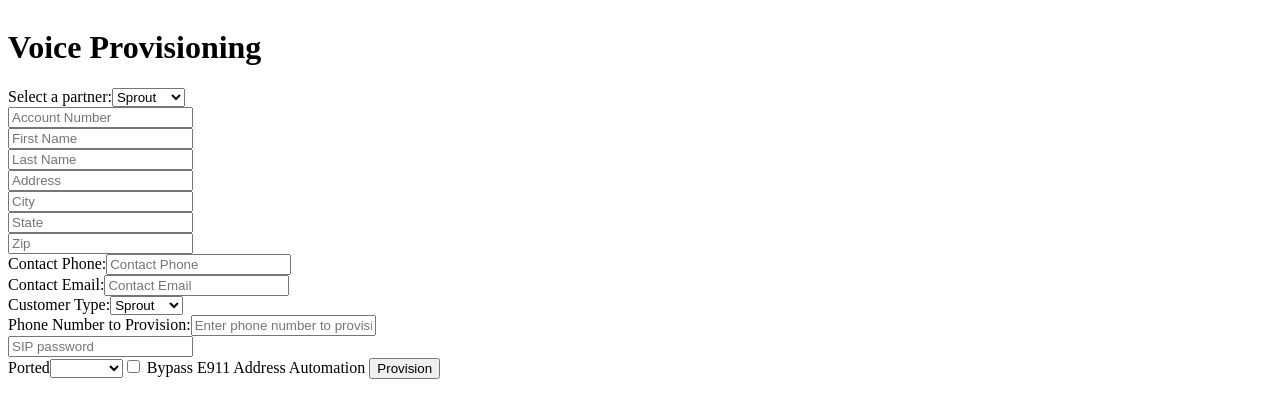
Repository: smallchungus/logiccom
Page: /
These files come from the project's save history. The page is drawn as it stood at one moment and after a run of saves; the edit follows.
The browser window is 1280 px wide. The pictures show the whole page.
The project was rebuilt for these pictures with package versions that can differ from the ones it lists, and the page was loaded fresh each time. Also part of the build but not shown: vite.config.ts.

Above is the page before, as saved 2023-05-04 11:13:20.

### src/App.vue
<template>

<header>
  <h1>Voice Provisioning</h1>
</header>

<form>
      <div class="form-group">
        <label for="partner">Select a partner:</label>
        <select id="partner" name="partner">
          <option value="Sprout">Sprout</option>
          <option value="option2">Option 2</option>
        </select>
      </div>

      <div class="form-group">
        <input type="text" id="accountNum" name="accountNum" placeholder="Account Number">
      </div>

      <div class="form-group">
        <input type="text" id="firstName" name="firstName" placeholder="First Name">
      </div>

      <div class="form-group">
        <input type="text" id="lastName" name="lastName" placeholder="Last Name">
      </div>

      <div class="form-group">
        <input type="text" id="address" name="address" placeholder="Address">
      </div>

      <div class="form-group">
        <input type="text" id="city" name="city" placeholder="City">
      </div>

      <div class="form-group">
        <input type="text" id="state" name="state" placeholder="State">
      </div>

      <div class="form-group">
        <input type="text" id="zip" name="zip" placeholder="Zip">
      </div>

      <div class="form-group">
        <label for="contactPhone">Contact Phone:</label>
        <input type="text" id="contactPhone" name="contactPhone" placeholder="Contact Phone">
      </div>

      <div class="form-group">
        <label for="contactEmail">Contact Email:</label>
        <input type="text" id="contactEmail" name="contactEmail" placeholder="Contact Email">
      </div>

      <div class="form-group">
        <label for="customerType">Customer Type:</label>
        <select id="customerType" name="customerType">
          <option value="Sprout">Sprout</option>
          <option value="option2">Option 2</option>
        </select>
      </div>

      <div class="form-group">
        <label for="phoneToProv">Phone Number to Provision:</label>
        <input type="text" id="phoneToProv" name="phoneToProv" placeholder="Enter phone number to provision">
      </div>

      <div class="form-group">
        <input type="password" id="sipPassword" name="sipPassword" placeholder="SIP password">
      </div>


    <label for="ported">Ported</label>
    <select id="ported" name="ported">
      <option value=""></option>
      <option value="option2">Option 2</option>
    </select>

    <label>
      <input type="checkbox" >
      Bypass E911 Address Automation
    </label>

    <button type="submit">Provision</button>
  </form>
</template>

<style>
@media (min-width: 1024px) {
  header {
    display: flex;
    place-items: center;
    padding-right: calc(var(--section-gap) / 2);
  }

  .logo {
    margin: 0 2rem 0 0;
  }

  header .wrapper {
    display: flex;
    place-items: flex-start;
    flex-wrap: wrap;
  }
}
</style>

Loaded but not shown: index.html (common file); src/main.ts (common file)

After the next 3 saves:
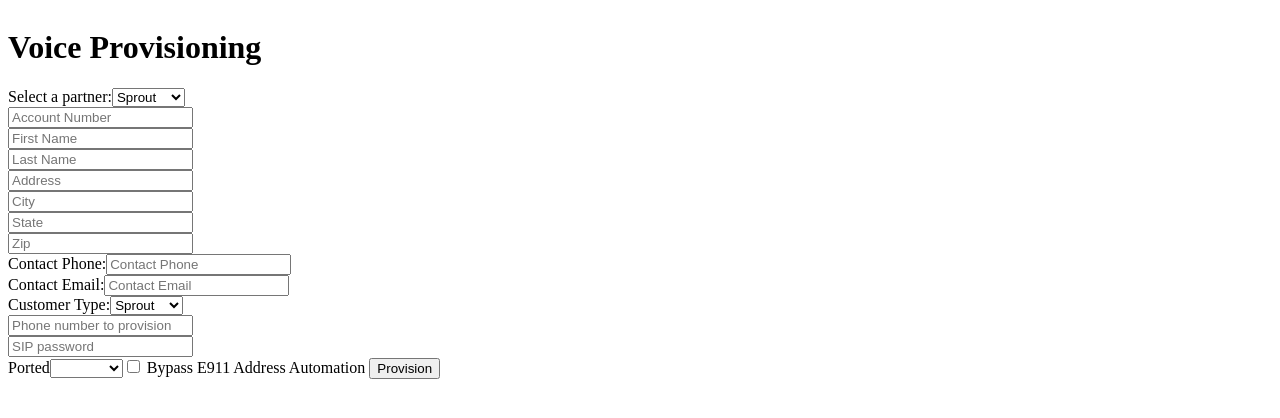
The 3 saves are shown as one change because they came seconds apart.
The last was saved 10 s later.
--- a/src/App.vue
+++ b/src/App.vue
@@ -60,8 +60,7 @@
       </div>
 
       <div class="form-group">
-        <label for="phoneToProv">Phone Number to Provision:</label>
-        <input type="text" id="phoneToProv" name="phoneToProv" placeholder="Enter phone number to provision">
+        <input type="text" id="phoneToProv" name="phoneToProv" placeholder="Phone number to provision">
       </div>
 
       <div class="form-group">
